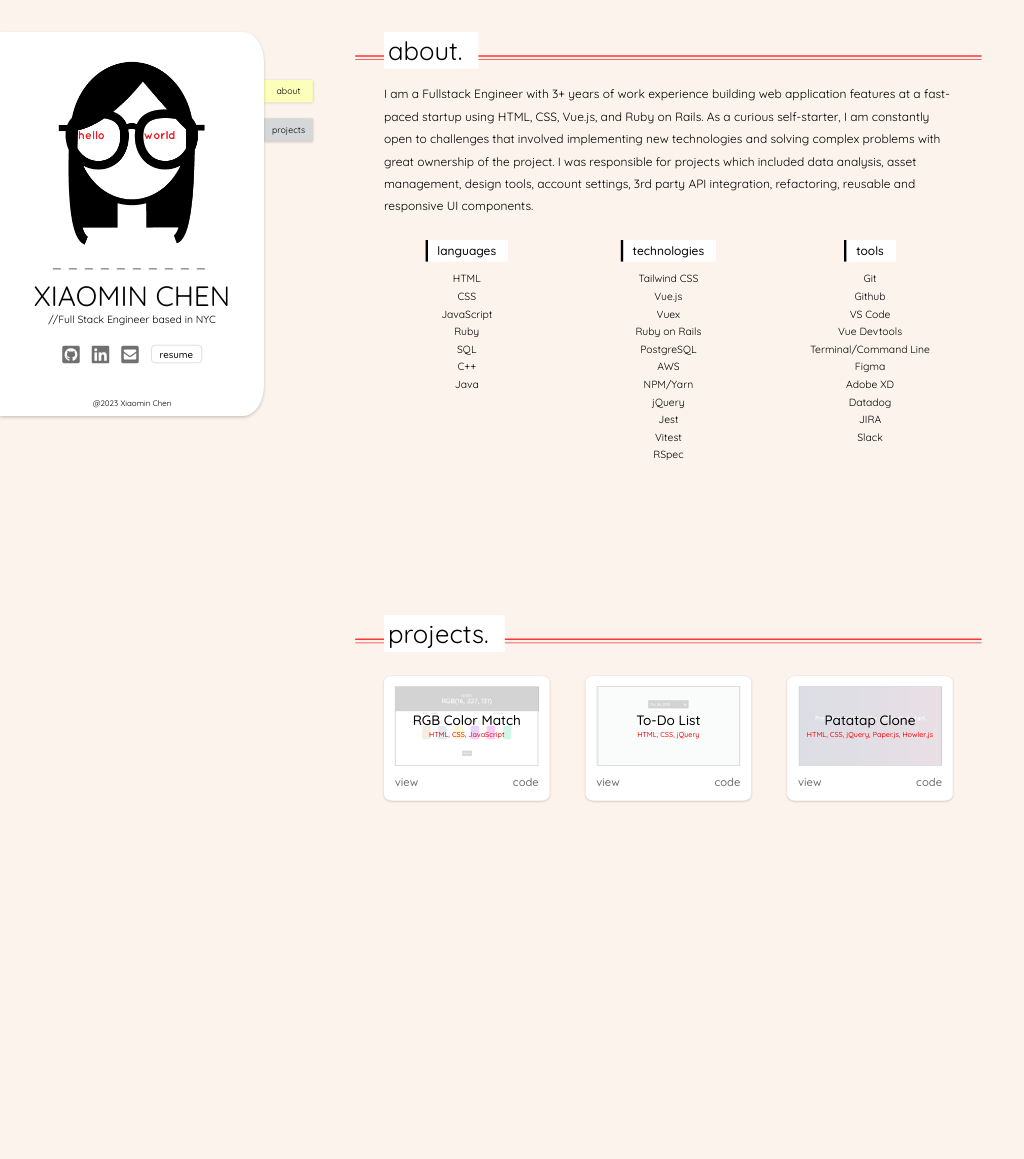
Repository: xchen136/xchen136.github.io
Page: index.html
An editor plug-in stored every save of this project. The page is shown before and after the next save, followed by the edit.
The browser window is 1280 px wide. The pictures show the whole page, at 80% of full size.
Some web libraries are served in a nearby version. The style sheet was rebuilt from its Sass, Less or Tailwind sources for each picture, by a compiler version that may differ from the author's.

Above is the page before, as saved 2023-04-08 14:00:46.

### index.html
<!DOCTYPE html>
<html lang="en">
<head>
	<meta charset="UTF-8">
	<meta name="viewport" content="width=device-width, initial-scale=1.0">
	<link rel="stylesheet" href="css/style.css">
	<link rel="shortcut icon" type="image/png" href="img/icon/favicon-32.png">
	<link rel="stylesheet" href="https://fonts.googleapis.com/css?family=Quicksand:300,400,500,700&display=swap">
	<link rel="stylesheet" href="https://use.fontawesome.com/releases/v5.8.1/css/all.css">
	<script src="https://code.jquery.com/jquery-3.6.4.min.js" integrity="sha256-oP6HI9z1XaZNBrJURtCoUT5SUnxFr8s3BzRl+cbzUq8=" crossorigin="anonymous"></script>

	<title>Xiaomin Chen</title>
</head>

<body class="main-background">
	<header id="home-header" class="header">
		<div class="header__profile">
			<div class="header__profile-logo-box">
				<img class="header__profile-avatar header__profile-logo"
					 alt="xiaomin's cartoon avatar"
					 srcset="img/avatar/cartoon_avatar-1x.png 1x, img/avatar/cartoon_avatar-2x.png 2x"
					 src="img/avatar/cartoon_avatar-2x.png">

				<img class="header__profile-avatar header__profile-photo"
					 alt="xiaomin's photo"
					 srcset="img/avatar/portrait_avatar-1x.jpg 1x, img/avatar/portrait_avatar-2x.jpg 2x"
					 src="img/avatar/portrait_avatar-2x.jpg">
			</div>

			<div class="header__divider-box">
				<div class="header__divider-line"></div>
			</div>

			<div class="header__content">
				<h1 class="heading-primary">
					<div class="heading-primary--main">Xiaomin Chen</div>
					<div class="heading-primary--sub">//Full Stack Engineer based in NYC</div>
				</h1>

				<div class="header__profileLinks">
					<a class="header__profileItem" href="https://github.com/xchen136" target="_blank"><i class="fab fa-github-square"></i></a>

					<a class="header__profileItem" href="https://www.linkedin.com/in/xchen136" target="_blank"><i class="fab fa-linkedin"></i></a>

					<!-- <a class="header__profileItem" href="https://www.instagram.com/wata.hia/" target="_blank"><i class="fab fa-instagram"></i></a> -->

					<a class="header__profileItem header__profileItem--email" tooltip="click to copy email">
						<i class="fas fa-envelope-square"></i>
					</a>

					<span class="header__btn-resume">
						<a href="Xiaomin_Chen_Resume.pdf" download>resume</a>
					</span>
				</div>

				<footer class="footer--home">@2023 Xiaomin Chen</footer>
			</div>
		</div>

		<nav id="home-nav" class="section-tab">
			<ul>
				<li class="section-tab__item section-tab__item--about"><a class="section-tab__link" href="#about">about</a></li>
				<!-- <li class="section-tab__item section-tab__item--design"><a class="section-tab__link" href="#design">design</a></li> -->
				<li class="section-tab__item section-tab__item--develop"><a class="section-tab__link" href="#projects">projects</a></li>
			</ul>
		</nav>
	</header>

	<main class="content">
		<section id="about" class="section-about">

			<div class="section-title">
				<div class="section-title__divider"></div>
				<h2 class="heading-secondary heading-secondary--sectionTitle">about.</h2>
			</div>

			<p class="section-about__summary">I am a Fullstack Engineer with 3+ years of work experience building web application features at a fast-paced startup using HTML, CSS, Vue.js, and Ruby on Rails.
				As a curious self-starter, I am constantly open to challenges that involved implementing new technologies and solving complex problems with great ownership of the project.
				I was responsible for projects which included data analysis, asset management, design tools, account settings, 3rd party API integration, refactoring, reusable and responsive UI components. </p>

			<div class="skill-box-row skill-box row">
				<div class="col-1-of-3">
					<!-- <img class="icon"
						 alt="icon for languages"
						 srcset="img/icon/icon-tech-1x.png 1x, img/icon/icon-tech-2x.png 2x"
						 src="img/icon/icon-tech-2x.png"> -->

					<h3 class="heading-tertiary skill-title">Languages</h3>
					<ul class="skill">
						<li class="skill__item">HTML</li>
						<li class="skill__item">CSS</li>
						<li class="skill__item">JavaScript</li>
						<li class="skill__item">Ruby</li>
						<li class="skill__item">SQL</li>
						<li class="skill__item">C++</li>
						<li class="skill__item">Java</li>
					</ul>
				</div>
				<div class="col-1-of-3">
					<!-- <img class="icon"
						 alt="icon for technology"
						 srcset="img/icon/icon-tech-1x.png 1x, img/icon/icon-tech-2x.png 2x"
						 src="img/icon/icon-tech-2x.png"> -->

					<h3 class="heading-tertiary skill-title">Technologies</h3>
					<ul class="skill">
						<li class="skill__item">Tailwind CSS</li>
						<li class="skill__item">Vue.js</li>
						<li class="skill__item">Vuex</li>
						<li class="skill__item">Ruby on Rails</li>
						<li class="skill__item">PostgreSQL</li>
						<li class="skill__item">AWS</li>
						<li class="skill__item">NPM/Yarn</li>
						<li class="skill__item">jQuery</li>
						<li class="skill__item">Jest</li>
						<li class="skill__item">Vitest</li>
						<li class="skill__item">RSpec</li>
					</ul>
				</div>
				<div class="col-1-of-3">
					<!-- <img class="icon"
						 alt="icon for tool"
						 srcset="img/icon/icon-tool-1x.png 1x, img/icon/icon-tool-2x.png 2x"
						 src="img/icon/icon-tool-2x.png"> -->
					<h3 class="heading-tertiary skill-title">Tools</h3>
					<ul class="skill">
						<li class="skill__item">Git</li>
						<li class="skill__item">Github</li>
						<li class="skill__item">VS Code</li>
						<li class="skill__item">Vue Devtools</li>
						<li class="skill__item">Terminal/Command Line</li>
						<li class="skill__item">Figma</li>
						<li class="skill__item">Adobe XD</li>
						<li class="skill__item">Datadog</li>
						<li class="skill__item">JIRA</li>
						<li class="skill__item">Slack</li>
					</ul>
				</div>
				<!-- <div class="col-1-of-3">
					<img class="icon"
						 alt="icon for design"
						 srcset="img/icon/icon-design-1x.png 1x, img/icon/icon-design-2x.png 2x"
					     src="img/icon/icon-design-2x.png">
					<h3 class="heading-tertiary skill-title">Design</h3>
					<ul class="skill">
						<li class="skill__item">Logo</li>
						<li class="skill__item">Poster</li>
						<li class="skill__item">Brochure</li>
						<li class="skill__item">Application</li>
						<li class="skill__item">Website</li>
					</ul>
				</div> -->
			</div>

			<div class="skill-box-col">
				<div class="skill-box-col__section">
					<h3 class="heading-tertiary skill-title">Languages</h3>
					<div class="skill-box-col__list">
						HTML, CSS, JavaScript, Ruby, SQL, C++, Java
					</div>
				</div>
				<div class="skill-box-col__section">
					<h3 class="heading-tertiary skill-title">Technologies</h3>
					<div class="skill-box-col__list">Tailwind CSS, Vue.js, Vuex, Ruby on Rails, PostgreSQL, AWS, NPM, Yarn, jQuery, Jest, Vitest, RSpec</div>
				</div>
				<div class="skill-box-col__section">
					<h3 class="heading-tertiary skill-title">Tools</h3>
					<div class="skill-box-col__list">Git, Github, VS Code, Vue Devtools, Terminal, Command Line, Figma, Adobe XD, Datadog, JIRA, Slack</div>
				</div>
			</div>
		</section>

		<!-- Jumping to <section> fail to change section-tab color to yellow, so will jump to id="design" class="locator" -->
		<!-- <section class="section-design">
			<div id="design" class="locator"></div>

			<div class="section-title">
				<div class="section-title__divider section-title__divider--long"></div>
				<h2 class="heading-secondary heading-secondary--sectionTitle">design.</h2>
			</div>

			<div class="section-design__content">
				<div class="row">
					<div class="col-1-of-4">
						<a href="design-chopstick.html">
							<div class="design-cover">
								<img class="design-cover__img"
									 alt="cropped cover for chopstick expedition's booklet design"
									 srcset="img/design-cover/chopstick-1x.jpg 1x, img/design-cover/chopstick-2x.jpg 2x"
									 src="img/design-cover/chopstick-2x.jpg">

								<div class="design-cover__content">
									<div class="design-cover__title">
										<p class="design-cover__title--main">Chopstick</p>
										<p class="design-cover__title--sub">Booklet</p>
									</div>
								</div>
							</div>
						</a>
					</div>
					<div class="col-1-of-4">
						<a href="design-yusaku.html">
							<div class="design-cover">
								<img class="design-cover__img"
									 alt="cropped cover for kamekura yusaku's design project"
									 srcset="img/design-cover/yusaku-eblast-1x.jpg 1x,
									         img/design-cover/yusaku-eblast-2x.jpg 2x"
								 	 src="img/design-cover/yusaku-eblast-2x.jpg">

								<div class="design-cover__content">
									<div class="design-cover__title">
										<p class="design-cover__title--main">Yusaku</p>
										<p class="design-cover__title--sub">Poster + Flyer</p>
									</div>
								</div>
							</div>
						</a>
					</div>
					<div class="col-1-of-4">
						<a href="design-ohny.html">
							<div class="design-cover">
								<img class="design-cover__img"
									 alt="cropped cover for open house new york's brochure design"
									 srcset="img/design-cover/ohny-1x.jpg 1x, img/design-cover/ohny-2x.jpg 2x"
									 src="img/design-cover/ohny-2x.jpg">

								<div class="design-cover__content">
									<div class="design-cover__title">
										<p class="design-cover__title--main">OHNY</p>
										<p class="design-cover__title--sub">Brochure</p>
									</div>
								</div>
							</div>
						</a>
					</div>
					<div class="col-1-of-4">
						<a href="design-metrofare.html">
							<div class="design-cover">
								<img class="design-cover__img"
									 alt="cropped cover for metrofare refill's app interface design"
									 srcset="img/design-cover/metrofare-refill-1x.jpg 1x,
									      img/design-cover/metrofare-refill-2x.jpg 2x"
									 src="img/design-cover/metrofare-refill-2x.jpg">

								<div class="design-cover__content">
									<div class="design-cover__title">
										<p class="design-cover__title--main">MetroFare Refill</p>
										<p class="design-cover__title--sub">App Interface</p>
									</div>
								</div>
							</div>
						</a>
					</div>
				</div>

				<div class="row">
					<div class="col-1-of-4">
						<a href="design-forest.html">
							<div class="design-cover">
								<img class="design-cover__img"
									 alt="cropped cover for the forest's movie poster design"
								     srcset="img/design-cover/the-forest-1x.jpg 1x, img/design-cover/the-forest-2x.jpg 2x"
								     src="img/design-cover/the-forest-2x.jpg">

								<div class="design-cover__content">
									<div class="design-cover__title">
										<p class="design-cover__title--main">The Forest</p>
										<p class="design-cover__title--sub">Poster</p>
									</div>
								</div>
							</div>
						</a>
					</div>
					<div class="col-1-of-4">
						<a href="design-sexualOffense.html">
							<div class="design-cover">
								<img class="design-cover__img"
									 alt="cropped cover for sexual offense's data visualization poster design"
									 srcset="img/design-cover/sexual-offense-1x.jpg 1x,
									 		 img/design-cover/sexual-offense-2x.jpg 2x"
									 src="img/design-cover/sexual-offense-2x.jpg">
								<div class="design-cover__content">
									<div class="design-cover__title">
										<p class="design-cover__title--main">Sexual Offense</p>
										<p class="design-cover__title--sub">Poster</p>
									</div>
								</div>
							</div>
						</a>
					</div>
					<div class="col-1-of-4">
						<a href="design-skyscraper.html">
							<div class="design-cover">
								<img class="design-cover__img"
									 alt="cropped cover for walking skyscraper's typography poster design"
									 srcset="img/design-cover/walking-skyscraper-1x.jpg 1x,
									 		 img/design-cover/walking-skyscraper-2x.jpg 2x"
									 src="img/design-cover/walking-skyscraper-2x.jpg">
								<div class="design-cover__content">
									<div class="design-cover__title">
										<p class="design-cover__title--main">Skyscraper</p>
										<p class="design-cover__title--sub">Poster</p>
									</div>
								</div>
							</div>
						</a>
					</div>
					<div class="col-1-of-4">
						<a href="design-superstudio.html">
							<div class="design-cover">
								<img class="design-cover__img"
									 alt="cropped cover for superstudio's world vision visual identity design"
									 srcset="img/design-cover/superstudio-1x.png 1x, img/design-cover/superstudio-2x.png 2x"
									 src="img/design-cover/superstudio-2x.png">
								<div class="design-cover__content">
									<div class="design-cover__title">
										<p class="design-cover__title--main">Superstudio</p>
										<p class="design-cover__title--sub">Logo</p>
									</div>
								</div>
							</div>
						</a>
					</div>
				</div>
			</div>


		</section> -->

		<section class="section-develop"> <!-- section-tab won't change to yellow when it jumps to this location-->

			<!-- to jump to a nice looking location-->
			<div id="projects" class="locator"></div>

			<div class="section-title">
				<div class="section-title__divider"></div>
				<h2 class="heading-secondary heading-secondary--sectionTitle">projects.</h2>
			</div>

			<div class="row">
				<div class="col-1-of-3 col-1-of-1">
					<div class="develop-cover">
						<div class="develop-cover__content">
							<img class="develop-cover__img"
								 alt="cover for the rgb color match coding project"
								 srcset="img/develop-cover/rgb-game-1x.png 1x, img/develop-cover/rgb-game-2x.png 2x"
								 src="img/develop-cover/rgb-game-2x.png">

							<div class="develop-cover__title">
								<p class="develop-cover__title--main">RGB Color Match</p>
								<p class="develop-cover__title--sub">HTML, CSS, JavaScript</p>
							</div>
						</div>

						<div class="develop-cover__btns">
							<a class="develop-cover__link develop-cover__link--left" href="coding-project/rgb-game/RGBgame.html" target="_blank">view</a>
							<a class="develop-cover__link develop-cover__link--right" href="https://github.com/xchen136/RGB-Color-Match" target="_blank">code</a>
						</div>
					</div>
				</div>

				<div class="col-1-of-3 col-1-of-1">
					<div class="develop-cover">
						<div class="develop-cover__content">
							<img class="develop-cover__img"
								 alt="cover for the todo list coding project"
								 srcset="img/develop-cover/todo-list-1x.png 1x, img/develop-cover/todo-list-2x.png 2x"
								 src="img/develop-cover/todo-list-2x.png">


							<div class="develop-cover__title">
								<p class="develop-cover__title--main">To-Do List</p>
								<p class="develop-cover__title--sub">HTML, CSS, jQuery</p>
							</div>
						</div>

						<div class="develop-cover__btns">
							<a class="develop-cover__link develop-cover__link--left" href="coding-project/todo-list/todo.html" target="_blank">view</a>
							<a class="develop-cover__link develop-cover__link--right" href="https://github.com/xchen136/To-do-List" target="_blank">code</a>
						</div>
					</div>
				</div>

				<div class="col-1-of-3 col-1-of-1">
					<div class="develop-cover">
						<div class="develop-cover__content">
							<img class="develop-cover__img"
								 alt="cover for the patatap coding project"
								 srcset="img/develop-cover/patatap-1x.png 1x, img/develop-cover/patatap-2x.png 2x"
								 src="img/develop-cover/patatap-2x.png">

							<div class="develop-cover__title">
								<p class="develop-cover__title--main">Patatap Clone</p>
								<p class="develop-cover__title--sub">HTML, CSS, jQuery, Paper.js, Howler,js</p>
							</div>
						</div>

						<div class="develop-cover__btns">
							<a class="develop-cover__link develop-cover__link--left" href="coding-project/patatap-clone/patatap.html" target="_blank">view</a>
							<a class="develop-cover__link develop-cover__link--right" href="https://github.com/xchen136/Patatap-Clone" target="_blank">code</a>
						</div>
					</div>
				</div>
			</div>

			<div class="row">
				<!-- <div class="col-1-of-3 col-1-of-1">
					<div class="develop-cover">
						<div class="develop-cover__content">
							<img class="develop-cover__img"
								 alt="cover for the step counting data visualization coding project"
								 srcset="img/develop-cover/step-counting-1x.png 1x,
								 		 img/develop-cover/step-counting-2x.png 2x"
								 src="img/develop-cover/step-counting-2x.png">

							<div class="develop-cover__title">
								<p class="develop-cover__title--main">Data Visualization</p>
								<p class="develop-cover__title--sub">HTML, CSS, jQuery, D3.js</p>
							</div>
						</div>

						<div class="develop-cover__btns">
							<a class="develop-cover__link develop-cover__link--left" href="coding-project/step-counting/step-counting.html" target="_blank">view</a>
							<a class="develop-cover__link develop-cover__link--right" href="https://github.com/xchen136/Step-Counting-and-Screen-Time" target="_blank">code</a>
						</div>
					</div>
				</div>	 -->

				<!-- <div class="col-1-of-3 col-1-of-1">
					<div class="develop-cover">
						<div class="develop-cover__content">
							<img class="develop-cover__img"
								 alt="cover for the song finder coding project"
								 srcset="img/develop-cover/song-finder-1x.png 1x, img/develop-cover/song-finder-2x.png 2x"
								 src="img/develop-cover/song-finder-2x.png">

							<div class="develop-cover__title">
								<p class="develop-cover__title--main">Song Track Finder</p>
								<p class="develop-cover__title--sub">HTML, CSS, jQuery, last.fm API</p>
							</div>
						</div>

						<div class="develop-cover__btns">
							<a class="develop-cover__link develop-cover__link--left" href="coding-project/song-track-finder/song-track-finder.html" target="_blank">view</a>
							<a class="develop-cover__link develop-cover__link--right" href="https://github.com/xchen136/Song-Track" target="_blank">code</a>
						</div>
					</div>
				</div>	 -->

<!-- 				<div class="col-1-of-3 col-1-of-1">
					<div class="develop-cover">
						<div class="develop-cover__content">
							<img class="develop-cover__img" src="#" alt="image cover for coding project ---">

							<div class="develop-cover__title">
								<p class="develop-cover__title--main">Coming Soon...</p>
								<p class="develop-cover__title--sub">%$#%#I^</p>
							</div>
						</div>

						<div class="develop-cover__btns">
							<a class="develop-cover__link develop-cover__link--left" href="#develop" target="_blank">view</a>
							<a class="develop-cover__link develop-cover__link--right" href="#develop" target="_blank">code</a>
						</div>
					</div>
				</div>	 -->
			</div>
		</section>

		<section class="section-contact"></section>
	</main>

	<script type="text/javascript" src="js/homepage.js"></script>
</body>
</html>

### sass/main.scss


@import "abstracts/mixins";
@import "abstracts/variables";

@import "base/animations";
@import "base/base";
@import "base/typography";
@import "base/utilities";

@import "components/autoSlide";
@import "components/card";
@import "components/design-cover";
@import "components/develop-cover";
@import "components/scroll-indicator";
@import "components/section-title";

@import "layout/design-content";
@import "layout/design-nav";
@import "layout/footer";
@import "layout/grid";
@import "layout/header";
@import "layout/section-tab";

@import "pages/home";

### sass/abstracts/_variables.scss


//GRID
$grid-width: 114rem;
$gutter-vertical-huge: 7rem;
$gutter-vertical-big: 6rem;
$gutter-vertical: 5rem;
$gutter-vertical-small: 3rem;
$gutter-horizontal-gigantic: 10rem;
$gutter-horizontal-huge: 7rem;
$gutter-horizontal: 4.5rem;
$gutter-horizontal-small: 3.5rem;
$gutter-horizontal-tiny: 2rem;
$gutter-horizontal-mini: 1rem;


//COLORS
$color-primary: #FDF3ED;
$color-gray: #D5D7DB;
$color-gray-dark: #707070;
$color-red: #FB0808;
$color-yellow: #FBFFB9;


//BOX-SHADOW
$shadow-default: 0 2px 4px rgba(#000000, .2);
$shadow-light: 0 1px 3px rgba(#000000, .2);


//HEADER WIDTH
$header-width-tabLand: 30rem;
$header-width-desktop: 35rem;

### sass/base/_animations.scss

@keyframes fade {
    from {
    	opacity: .4;
	}
    to {
    	opacity: 1;
	}
}


@keyframes moveX{
	from {
		left: .2rem; 				//color-ball shadow is 2px
	}
	to {
		left: 13.08rem;
	}
}


@keyframes moveY {
	from {
		top: .2rem;
	}
	to {
		top: 8.04rem;
	}
}


@media (max-width: 46.88em), (hover:none){		//sm-tab-port

	@keyframes moveX{
		from {
			left: .2rem;
		}
		to {
			left: 24.84rem;
		}
	}
}


@media (max-width: 46.88em), (hover:none){		//sm-tab-port

	@keyframes moveY{
		from {
			top: .2rem;
		}
		to {
			top: 15.32rem;
		}
	}
}


@keyframes moveTitleLeft{
	0%{
		opacity: 0;
		left: 50%;
	}

	100%{
		opacity: 1;
		left: 0;
	}
}


@keyframes moveTitleRight{
	0%{
		opacity: 0;
		right: 50%;
	}

	100%{
		opacity: 1;
		right: 0;
	}
}


@keyframes scrollDown{
	0%{
		right: 0;
	}

	100%{
		right: 75%;
	}
}

### sass/base/_utilities.scss

.u-margin-bottom-mini{
	margin-bottom: 1rem !important;
}

### sass/components/_section-title.scss

.section-title{
	position: relative;
	margin-bottom: 3rem;

	&:first-of-type{
		margin-bottom: 1.8rem;
	}

	@include respond(big-tab-port){
		margin-bottom: 3.5rem;
	}

	@include respond(big-phone){
		margin-bottom: 6rem;
	}


	&__divider{
		position: absolute;
		z-index: 1;
		left: -5%;
		top: 63%;
		width: 110%;
		height: 6px;
		border-top: 2px solid rgba($color-red, 0.8);
		border-bottom: .6px solid rgba($color-red, 0.8);

		@include respond(big-tab-land){
			top: 58%;
			border-top: 1.6px solid rgba($color-red, 0.8);
			border-bottom: .5px solid rgba($color-red, 0.8);
		}

		@include respond(med-desktop){
			height: 8.5px;
			border-top: 2.4px solid rgba($color-red, 0.8);
			border-bottom: 1px solid rgba($color-red, 0.8);
		}

		@include respond(huge-desktop){
			height: 12px;
			border-top: 3px solid rgba($color-red, 0.8);
			border-bottom: 1.2px solid rgba($color-red, 0.8);
		}
	}
}

### sass/layout/_footer.scss


.footer{
	&--home{
		position: absolute;
		@include centerH;
		bottom: 1rem;
		font-weight: 400;

		@include respond(big-tab-port){
			font-size: 1.3rem;
		}

		@include respond(big-phone){
			font-weight: 500;
		}

		@include respond(sm-phone){
			font-size: 1.6rem;
			bottom: 2rem;
		}
	}

	&--design{
		display: flex;
		align-items: center;
		justify-content: center;
		height: 6vh;
		font-size: 1.2rem;

		@include respond(sm-tab-port){
			font-size: 2rem;
			height: 6rem;
		}

		@include respond(big-phone){
			font-size: 2.2rem;
			height: 7rem;
		}

		@include respond(sm-phone){
			font-size: 2.5rem;
		}
	}
}

Loaded but not shown: js/homepage.js (65 lines, source omitted); sass/layout/_header.scss (326 lines, source omitted); sass/layout/_grid.scss (164 lines, source omitted); sass/pages/_home.scss (238 lines, source omitted); sass/layout/_design-content.scss (205 lines, source omitted); sass/components/_develop-cover.scss (183 lines, source omitted); sass/base/_typography.scss (167 lines, source omitted); sass/abstracts/_mixins.scss (92 lines, source omitted); sass/components/_design-cover.scss (126 lines, source omitted); sass/layout/_design-nav.scss (135 lines, source omitted); sass/components/_card.scss (103 lines, source omitted); sass/base/_base.scss (57 lines, source omitted); sass/components/_autoSlide.scss (66 lines, source omitted); sass/layout/_section-tab.scss (67 lines, source omitted); sass/components/_scroll-indicator.scss (53 lines, source omitted)

After the next save:
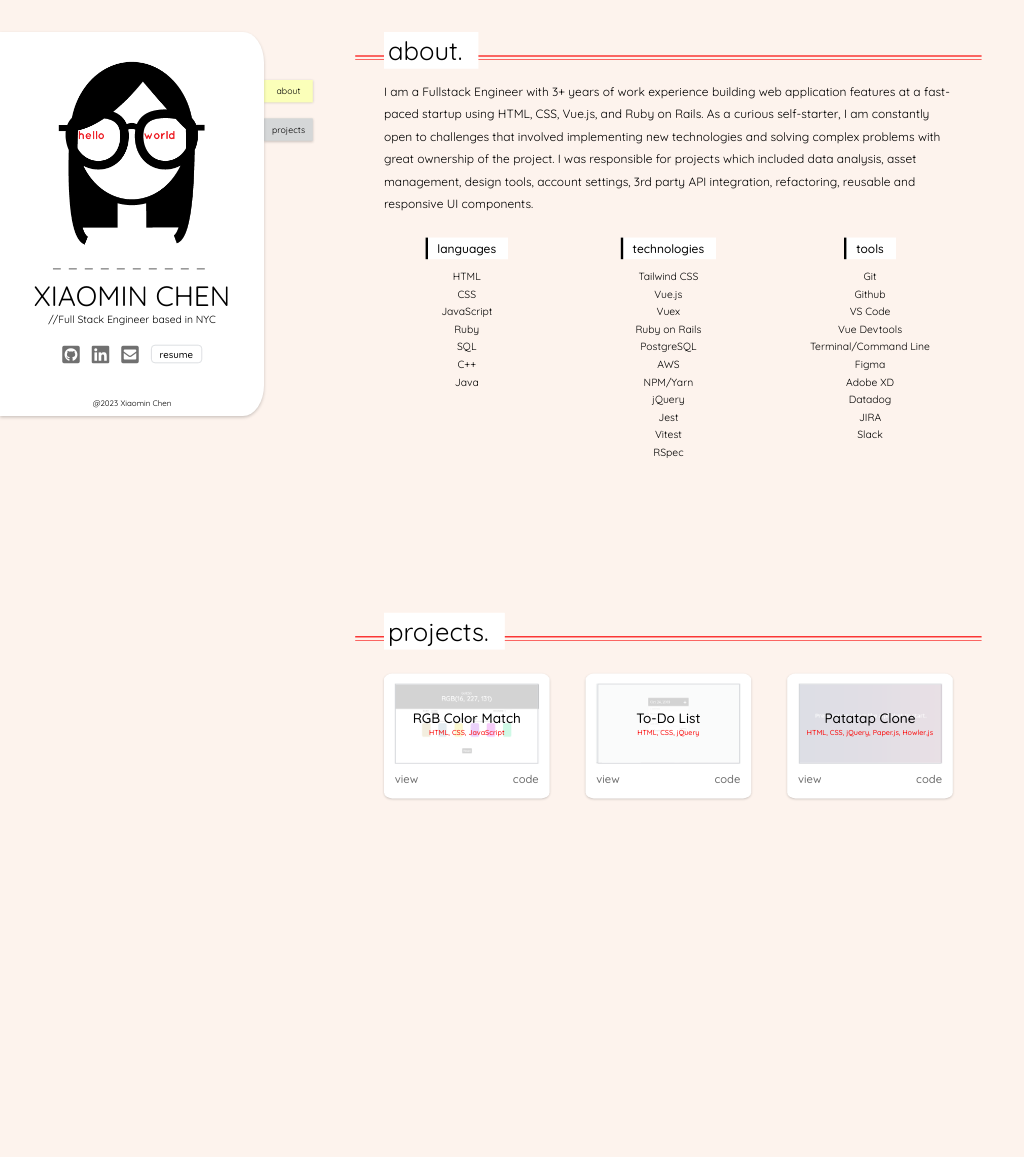
Saved 7 s later.
--- a/sass/components/_section-title.scss
+++ b/sass/components/_section-title.scss
@@ -4,7 +4,7 @@
 	margin-bottom: 3rem;
 
 	&:first-of-type{
-		margin-bottom: 1.8rem;
+		margin-bottom: 1.5rem;
 	}
 
 	@include respond(big-tab-port){
